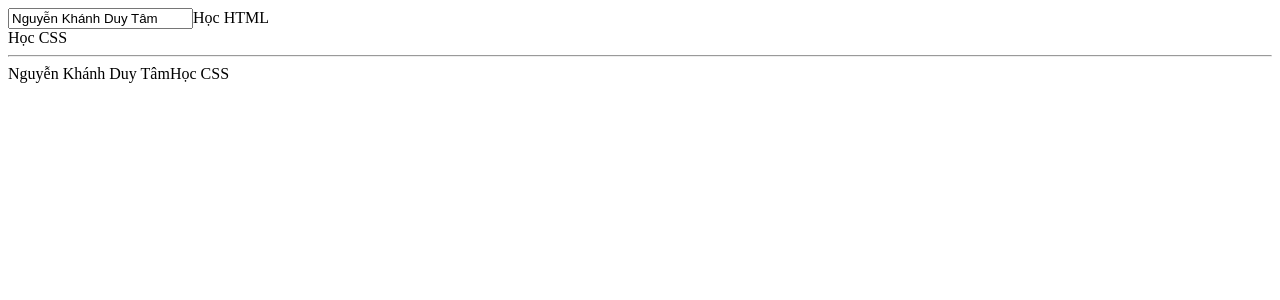
Repository: Pr-DuyTam/HTML-CSS-JS-PHP
Page: Javascript/Lập trình hướng đối tượng trong JS/Tìm thẻ HTML theo tên class(46).htm
The author's editor kept a copy of each file at every save. The page is drawn from the files as they stood at one save, then again after the next save.
The browser window is 1280 px wide. The pictures show the whole page.

Above is the page before, as saved 2023-08-18 08:47:01.
Console error: TypeError: Cannot read properties of undefined (reading 'innerHTML')

### Javascript/Lập trình hướng đối tượng trong JS/Tìm thẻ HTML theo tên class(46).htm
<!DOCTYPE html>
<html lang="en">
<head>
    <meta charset="UTF-8">
    <meta name="viewport" content="width=device-width, initial-scale=1.0">
    <title>Tìm thẻ HTML theo tên class</title>
</head>
<body>
    <input type="text" value="Nguyễn Khánh Duy Tâm" class="js />
    <div class="web">Học  HTML</div>
    <div class="web">Học CSS</div> <hr/>

    <script>
        var a = document.getElementsByClassName('js');
        var b = document.getElementsByClassName('web');

        document.write(a[0].value);
        document.write(b[0].innerHTML + "</br>");
        document.write(b[1].innerHTML);
    </script>
</body>
</html>

After the next save:
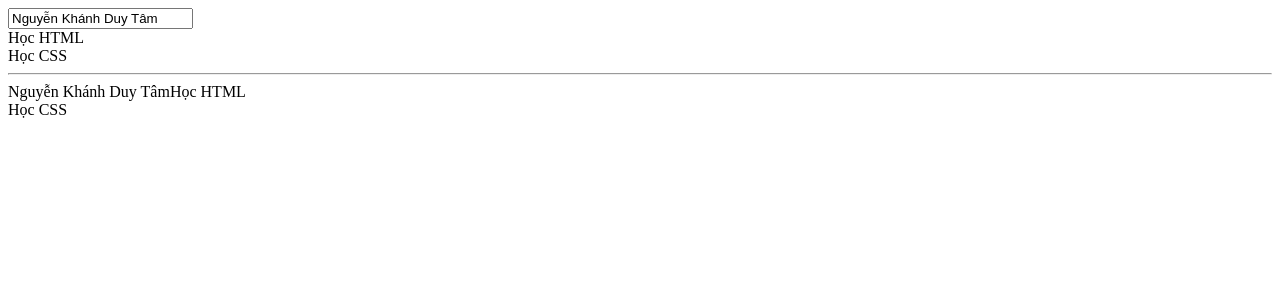
The error is gone.
Saved 28 s later.
--- a/Javascript/Lập trình hướng đối tượng trong JS/Tìm thẻ HTML theo tên class(46).htm
+++ b/Javascript/Lập trình hướng đối tượng trong JS/Tìm thẻ HTML theo tên class(46).htm
@@ -6,7 +6,7 @@
     <title>Tìm thẻ HTML theo tên class</title>
 </head>
 <body>
-    <input type="text" value="Nguyễn Khánh Duy Tâm" class="js />
+    <input type="text" value="Nguyễn Khánh Duy Tâm" class="js">
     <div class="web">Học  HTML</div>
     <div class="web">Học CSS</div> <hr/>
 
@@ -15,7 +15,7 @@
         var b = document.getElementsByClassName('web');
 
         document.write(a[0].value);
-        document.write(b[0].innerHTML + "</br>");
+        document.write(b[0].innerHTML + "<br>");
         document.write(b[1].innerHTML);
     </script>
 </body>
